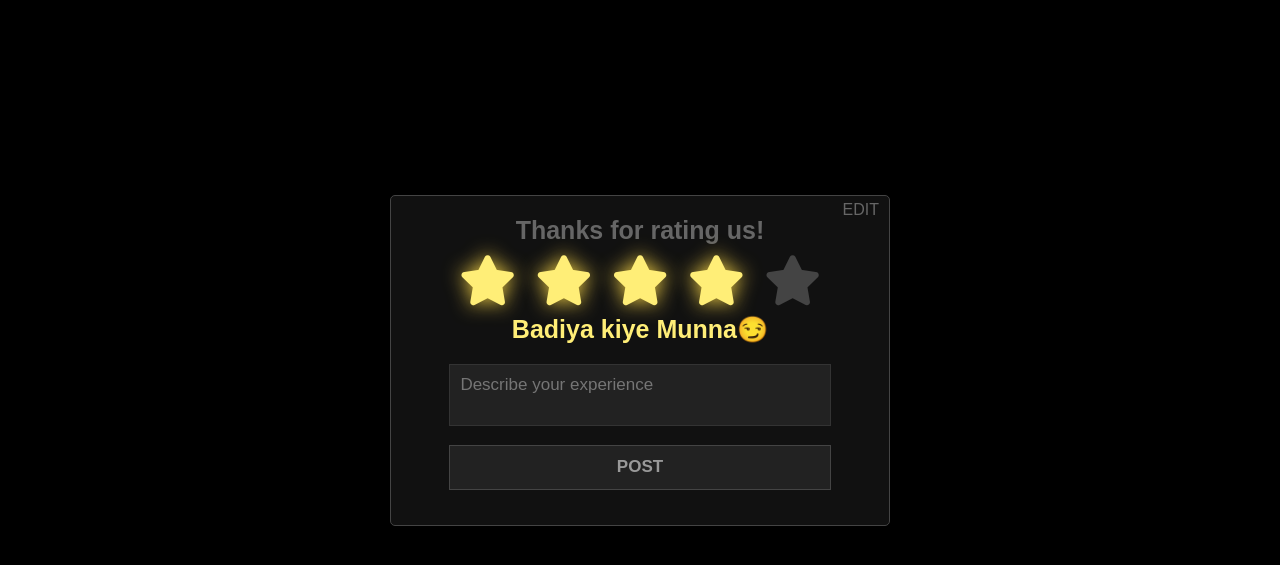
Repository: Suryansh-D/Star-Ratings
Page: index.html
These files come from the project's save history. The page is drawn as it stood at one moment and after the next save; the edit follows.
The browser window is 1280 px wide. The pictures show the whole page.
The first `#rate-4` is checked.

Above is the page before, as saved 2024-02-03 10:31:36.

### index.html
<!DOCTYPE html>
<html lang="en">
<head>
    <meta charset="UTF-8">
    <meta name="viewport" content="width=device-width, initial-scale=1.0">
    <title>Document</title>
</head>
<link rel="stylesheet" href="style.css">
<link rel="stylesheet" href="https://cdnjs.cloudflare.com/ajax/libs/font-awesome/5.15.3/css/all.min.css">
<body>
    <div class="container">
        <div class="post">
            <div class="text">Thanks for rating us!</div>
            <div class="edit">EDIT</div>
            </div>
        <div class="stars">
            <input type="radio" name="rate" id="rate-5">
            <label for="rate-5" class="fas fa-star"></label>
            <input type="radio" name="rate" id="rate-4">
            <label for="rate-4" class="fas fa-star"></label>
            <input type="radio" name="rate" id="rate-3">
            <label for="rate-3" class="fas fa-star"></label>
            <input type="radio" name="rate" id="rate-2">
            <label for="rate-2" class="fas fa-star"></label>
            <input type="radio" name="rate" id="rate-1">
            <label for="rate-1" class="fas fa-star"></label>
            <form action="#">
                <header></header>
                <div class="textarea">
                <textarea cols="30" placeholder="Describe your experience"></textarea>
                </div>
                    <div class="btn">
                        <button type="submit">Post</button>
                        </div>
                 </form>
        </div>
    </div>
    <script></script>
</body>
</html>

### style.css
@import url('https://fonts.googleapis.com/css?family=Roboto:400,700');
* {
  margin: 0;
  padding: 0;
  box-sizing: border-box;
  font-family:'Poppins', sans-serif;
}
html, body {
  height: 100%;
  background-color: #000;
  place-items: center;
  display: grid;
  text-align: center;
}

.container {
    position: relative;
    width: 500px;
    background: #111;
    padding: 20px  30px;
    border: 1px solid #444;
    border-radius: 5px;
    display: flex;
    flex-direction: column;
    align-items: center;
    justify-content: center;
}
.container .stars input{
    display: none;
}
.stars label{
    font-size: 50px;
    color: #444;
    cursor: pointer;
    transition: all 0.2s ease;
    float: right;
    padding: 10px;

}
.stars input:not(:checked) ~ label:hover ,
.stars input:not(:checked) ~ label:hover ~ label{
    color: #ffcc00;
}
.stars input:checked ~ label{
    color: #ffcc00;
}
input#rate-5:checked ~ label{
    color: #fe7;
    text-shadow: 0 0 20px #f1cf45;
}
input#rate-4:checked ~ label{
    color: #fe7;
    text-shadow: 0 0 20px #f1cf45;
}
input#rate-3:checked ~ label{
    color: #fe7;
    text-shadow: 0 0 20px #f1cf45;
}
input#rate-2:checked ~ label{
    color: #fe7;
    text-shadow: 0 0 20px #f1cf45;
}
input#rate-1:checked ~ label{
    color: #fe7;
    text-shadow: 0 0 20px #f1cf45;
}

#rate-1:checked ~ form header:before{
    content: "Hatt Bakwas 😤";

}
#rate-2:checked ~ form header:before{
    content: "Bekaar 😒";
}
#rate-3:checked ~ form header:before{
    content: "Theek hi hai 🙂";
}
#rate-4:checked ~ form header:before{
    content: "Badiya kiye Munna😏";
}
#rate-5:checked ~ form header:before{
    content: "Ohh Bhaisaab 🤯 ";
}

.container .text{
    font-size: 25px;
    color: #666;
    font-weight: 700;

}
.container .edit{
    position: absolute;
    right:10px;
    top:5px;
    font-size: 16px;
    color: #666;
    font-weight: 500;
    cursor: pointer;
}
.container form{
    display: none;
}
input:checked ~ form{
    display: block;
    transition: all 0.2s ease;
}
form header{
    width:100%;
    font-size: 25px;
    color: #fe7;
    font-weight: 700;
    margin: 5px 0 20px 0;
    text-align: center;
    transition: all 0.2s ease;
}

form .textarea{
    width: 100%;
   height: 100%;
   overflow: hidden;
}
form .textarea textarea{
    height: 100%;
    width:100%;
    outline: none;
    color: #fff;
    border: 1px solid #333;
    background: #222;
    padding: 10px;
    font-size: 17px;
    resize: none;
}
form .btn{
  height: 45px;
  width: 100%;
  margin: 15px 0;
}
form .btn button{
    width: 100%;
    height: 100%;
    border: 1px solid #444;
    outline: none;
    background: #222;
    color: #999;
    font-size: 20px;
    font-weight: 700;
    cursor: pointer;
    transition: all 0.2s ease;
    font-size: 17px;
    text-transform: uppercase;
}
form .btn button:hover{
    background: #1b1b1b;
    color: #fff;
}

After the next save:
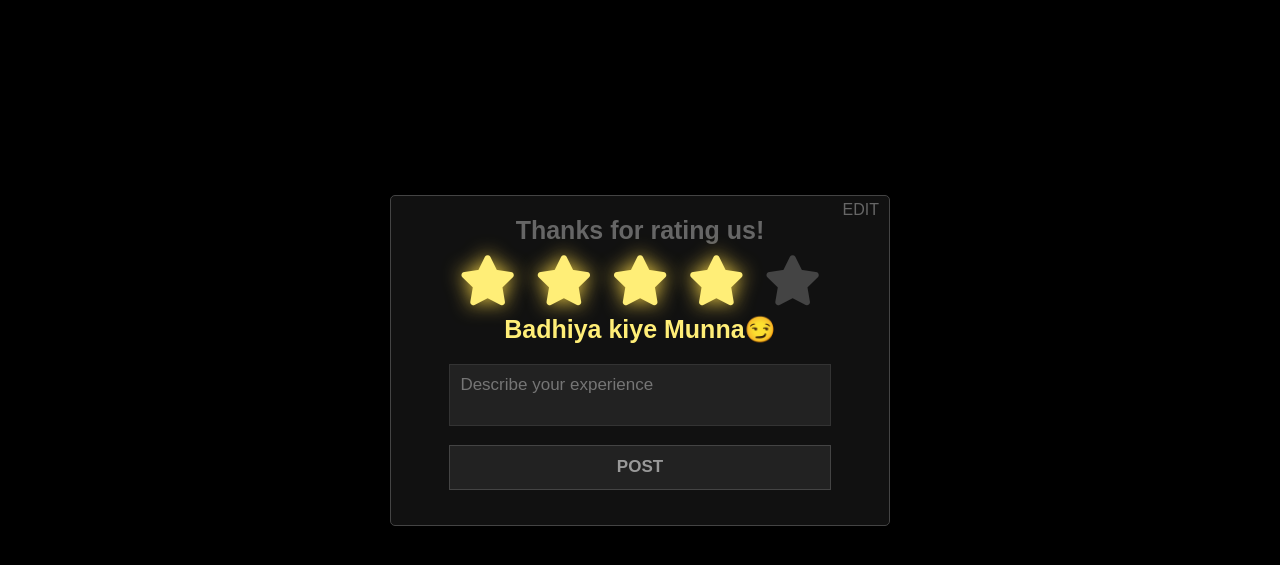
Saved 24 s later.
--- a/style.css
+++ b/style.css
@@ -76,7 +76,7 @@ input#rate-1:checked ~ label{
     content: "Theek hi hai 🙂";
 }
 #rate-4:checked ~ form header:before{
-    content: "Badiya kiye Munna😏";
+    content: "Badhiya kiye Munna😏";
 }
 #rate-5:checked ~ form header:before{
     content: "Ohh Bhaisaab 🤯 ";
